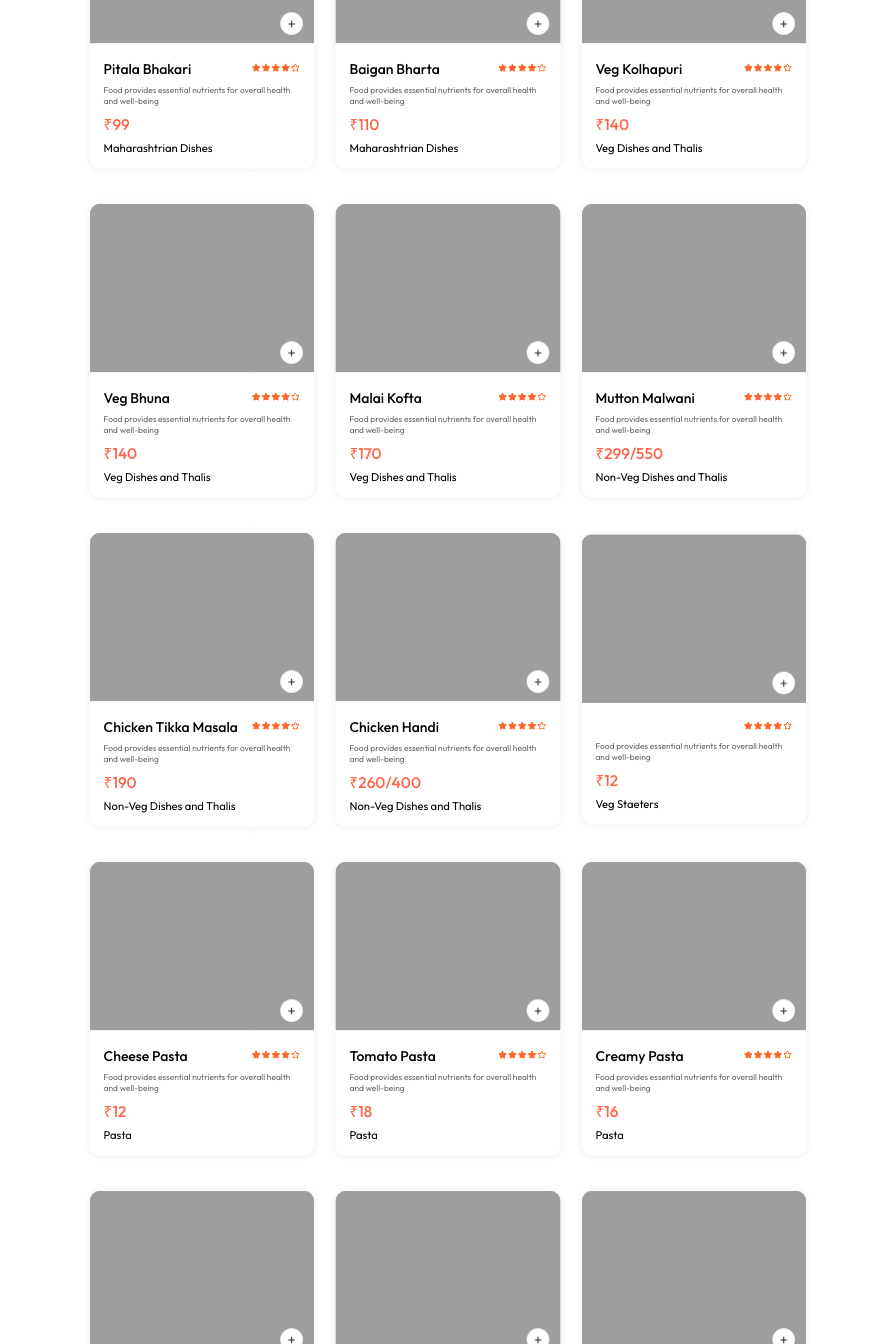
Repository: keyursanglikar/Hotel-Manangement
Page: / (app in frontend/)
The author's editor kept a copy of each file at every save. The page is drawn from the files as they stood at one save, then again after a run of saves.
The browser window is 1280 px wide. The pictures show the part of the page from y = 3203 to 5123 px (the page is 8982 px tall), at 70% of full size.
The page's requests for data from a server got no answer. The project was rebuilt for these pictures with package versions that can differ from the ones it lists, and the page was loaded fresh each time. No one was signed in, and anything a server would have sent is missing. Also part of the build but not shown: frontend/vite.config.js, frontend/src/pages/Cart/Cart.css, frontend/src/pages/Cart/Cart.jsx, frontend/src/pages/PlaceOrder/PlaceOrder.jsx, frontend/src/components/LoginPopup/LoginPopup.css, frontend/src/components/LoginPopup/LoginPopup.jsx, frontend/src/pages/Verify/Verify.css, frontend/src/pages/Verify/Verify.jsx and 2 more.

Above is the page before, as saved 2025-12-05 13:52:36.

After the next 2 saves:
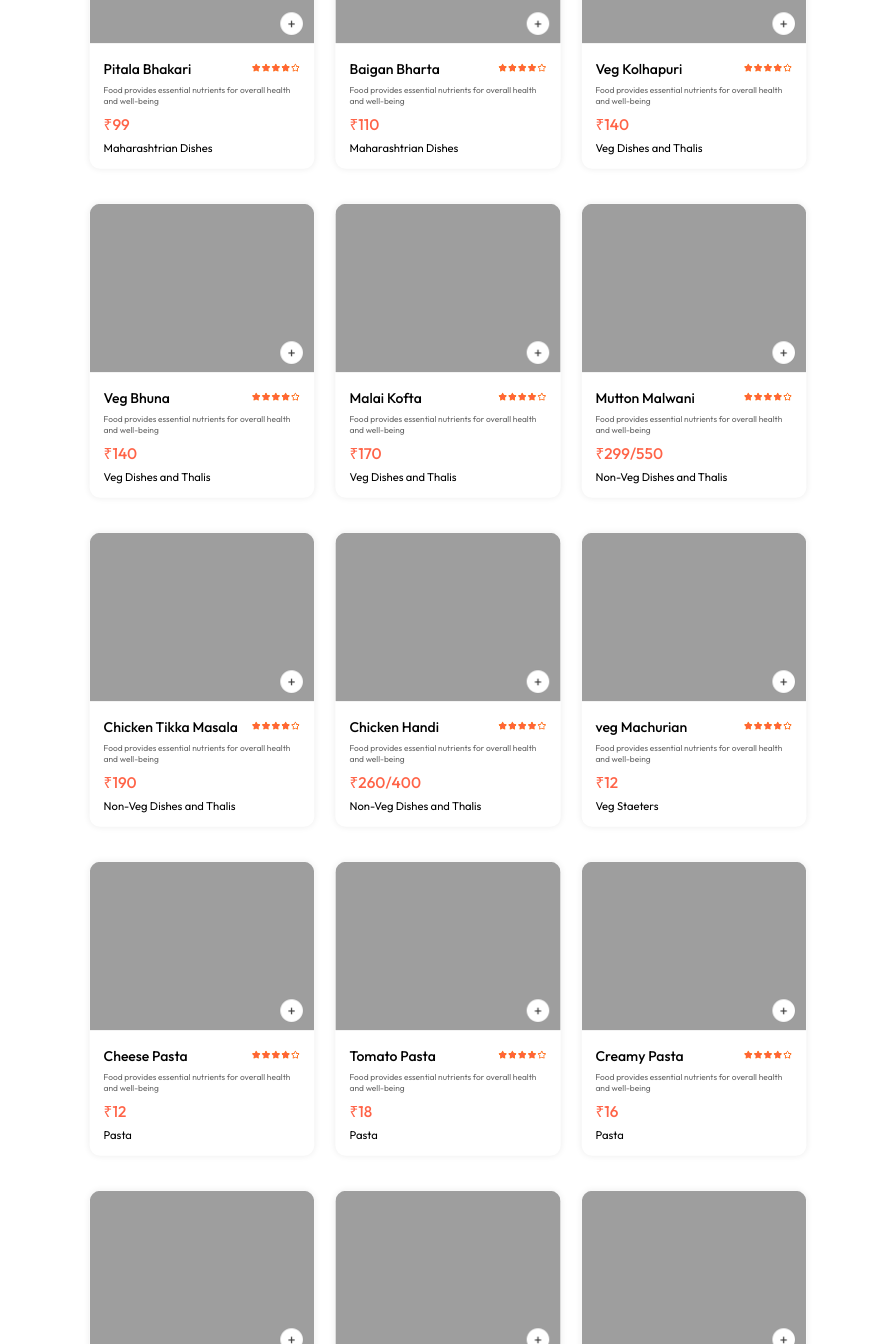
The 2 saves are shown as one change because they came seconds apart.
The last was saved 10 s later.
--- a/frontend/src/assets/assets.js
+++ b/frontend/src/assets/assets.js
@@ -734,7 +734,7 @@
     },
     {
         _id: "24",
-        name: "",
+        name: "veg Machurian",
         image: getFoodImage("food_24"),
         price: 12,
         description: "Food provides essential nutrients for overall health and well-being",
